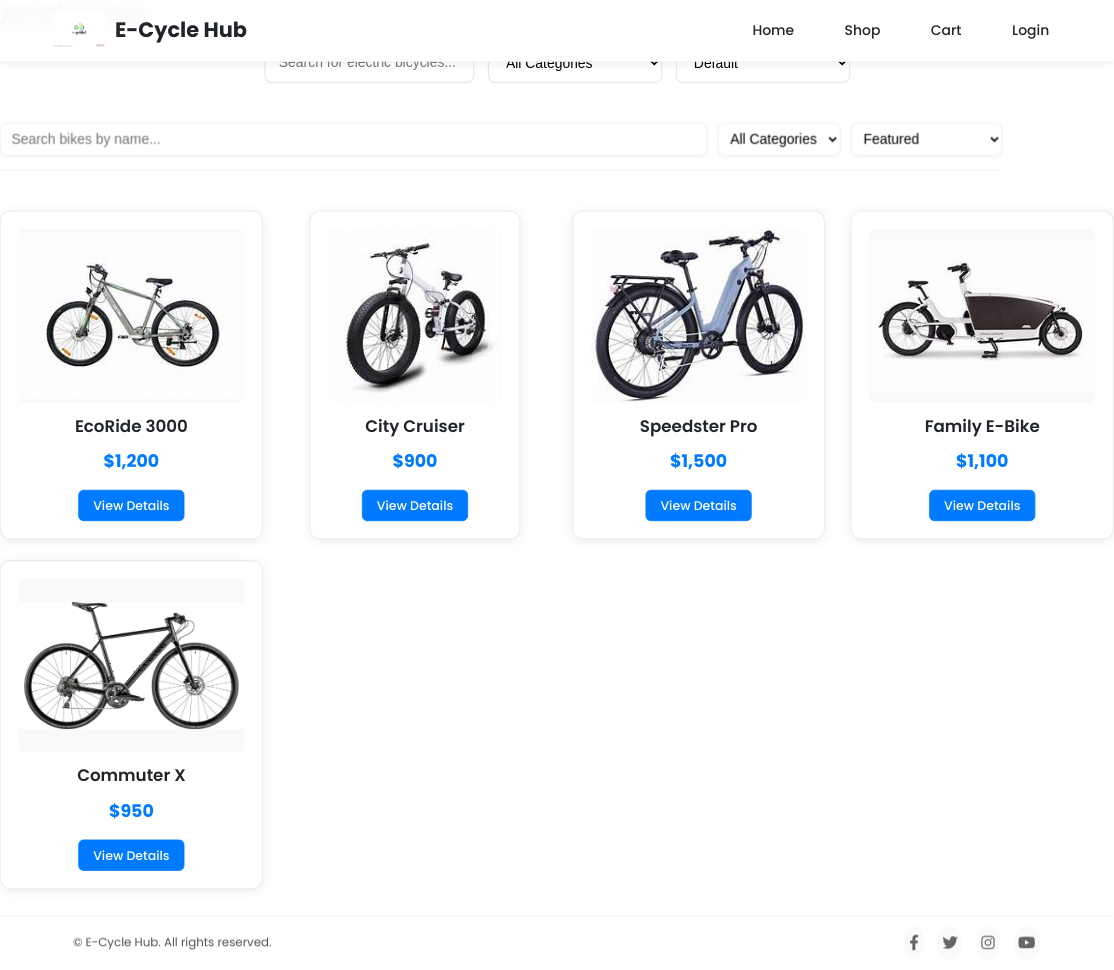
Repository: Rutuja-g/E-Cycle-Hub
Page: public/shop.html
The author's editor kept a copy of each file at every save. The page is drawn from the files as they stood at one save, then again after the next save.
The browser window is 1280 px wide. The pictures show the whole page, at 87% of full size.

Above is the page before, as saved 2025-10-24 18:16:46.

### public/shop.html
<!DOCTYPE html>
<html lang="en">
  <head>
    <meta charset="UTF-8" />
    <meta name="viewport" content="width=device-width, initial-scale=1.0" />
    <title>Shop - E-Cycle Hub</title>
    <link rel="icon" href="favicon.ico" type="image/x-icon" />
    <link rel="preconnect" href="https://fonts.googleapis.com" />
    <link rel="preconnect" href="https://fonts.gstatic.com" crossorigin />
    <link
      href="https://fonts.googleapis.com/css2?family=Poppins:wght@300;400;500;600;700&display=swap"
      rel="stylesheet"
    />
    <link rel="stylesheet" href="css/reset.css" />
    <link rel="stylesheet" href="css/variables.css" />
    <link rel="stylesheet" href="css/main.css" />
    <link
      rel="stylesheet"
      href="https://cdnjs.cloudflare.com/ajax/libs/font-awesome/6.0.0/css/all.min.css"
    />
  </head>
  <body>
    <header>
      <div id="header"></div>
    </header>

    <main>
      <section class="shop-products">
        <h2>All Bicycles</h2>
        <div class="product-search">
          <input
            type="text"
            id="searchInput"
            placeholder="Search for electric bicycles..."
          />
          <select id="categorySelect">
            <option value="all">All Categories</option>
          </select>
          <select id="sortSelect">
            <option value="">Default</option>
            <option value="price-asc">Price Low to High</option>
            <option value="price-desc">Price High to Low</option>
            <option value="popularity">Popularity</option>
          </select>
        </div>
        <div class="grid--shop"></div>
      </section>
    </main>

    <footer>
      <div id="footer"></div>
    </footer>

    <script src="js/components.js"></script>
    <script src="js/main.js"></script>
  </body>
</html>

### public/css/reset.css
html
/* CSS Reset */
* {
    margin: 0;
    padding: 0;
    box-sizing: border-box;
}

html, body {
    height: 100%;
    font-family: Arial, sans-serif;
}

img {
    max-width: 100%;
    height: auto;
}

a {
    text-decoration: none;
    color: inherit;
}

ul {
    list-style: none;
}

button {
    cursor: pointer;
}

### public/css/variables.css
:root {
  /* Color Palette */
  --primary-color: #007bff; /* Electric Blue */
  --primary-hover: #0056b3; /* Darker Blue for hover */
  --secondary-color: #28a745; /* Success Green */
  --secondary-hover: #218838; /* Darker Green */
  --accent-color: #ffc107; /* Warning Yellow */
  --accent-hover: #e0a800; /* Darker Yellow */
  --danger-color: #dc3545; /* Danger Red */
  --danger-hover: #c82333; /* Darker Red */

  /* Neutral Colors */
  --background-color: #ffffff; /* Pure White */
  --surface-color: #f8f9fa; /* Light Gray Surface */
  --card-color: #ffffff; /* Card Background */
  --text-color: #212529; /* Dark Gray Text */
  --text-muted: #6c757d; /* Muted Text */
  --border-color: #dee2e6; /* Light Border */
  --border-light: #f1f3f4; /* Very Light Border */

  /* Typography */
  --font-family: "Poppins", -apple-system, BlinkMacSystemFont, "Segoe UI",
    Roboto, sans-serif;
  --font-size-xs: 0.75rem; /* 12px */
  --font-size-sm: 0.875rem; /* 14px */
  --font-size-base: 1rem; /* 16px */
  --font-size-lg: 1.125rem; /* 18px */
  --font-size-xl: 1.25rem; /* 20px */
  --font-size-2xl: 1.5rem; /* 24px */
  --font-size-3xl: 1.875rem; /* 30px */
  --font-size-4xl: 2.25rem; /* 36px */
  --font-size-5xl: 3rem; /* 48px */

  --font-weight-light: 300;
  --font-weight-normal: 400;
  --font-weight-medium: 500;
  --font-weight-semibold: 600;
  --font-weight-bold: 700;

  --line-height-tight: 1.25;
  --line-height-normal: 1.5;
  --line-height-relaxed: 1.75;

  /* Spacing Scale */
  --spacing-xs: 0.25rem; /* 4px */
  --spacing-sm: 0.5rem; /* 8px */
  --spacing-md: 0.75rem; /* 12px */
  --spacing-lg: 1rem; /* 16px */
  --spacing-xl: 1.25rem; /* 20px */
  --spacing-2xl: 1.5rem; /* 24px */
  --spacing-3xl: 2rem; /* 32px */
  --spacing-4xl: 2.5rem; /* 40px */
  --spacing-5xl: 3rem; /* 48px */
  --spacing-6xl: 4rem; /* 64px */

  /* Layout */
  --max-width-xs: 20rem; /* 320px */
  --max-width-sm: 24rem; /* 384px */
  --max-width-md: 28rem; /* 448px */
  --max-width-lg: 32rem; /* 512px */
  --max-width-xl: 36rem; /* 576px */
  --max-width-2xl: 42rem; /* 672px */
  --max-width-3xl: 48rem; /* 768px */
  --max-width-4xl: 56rem; /* 896px */
  --max-width-5xl: 64rem; /* 1024px */
  --max-width-6xl: 72rem; /* 1152px */
  --max-width-7xl: 80rem; /* 1280px */
  --max-width-full: 100%;

  /* Border Radius */
  --border-radius-none: 0;
  --border-radius-sm: 0.125rem; /* 2px */
  --border-radius: 0.25rem; /* 4px */
  --border-radius-md: 0.375rem; /* 6px */
  --border-radius-lg: 0.5rem; /* 8px */
  --border-radius-xl: 0.75rem; /* 12px */
  --border-radius-2xl: 1rem; /* 16px */
  --border-radius-3xl: 1.5rem; /* 24px */
  --border-radius-full: 9999px;

  /* Shadows */
  --shadow-sm: 0 1px 2px 0 rgba(0, 0, 0, 0.05);
  --shadow: 0 1px 3px 0 rgba(0, 0, 0, 0.1), 0 1px 2px 0 rgba(0, 0, 0, 0.06);
  --shadow-md: 0 4px 6px -1px rgba(0, 0, 0, 0.1),
    0 2px 4px -1px rgba(0, 0, 0, 0.06);
  --shadow-lg: 0 10px 15px -3px rgba(0, 0, 0, 0.1),
    0 4px 6px -2px rgba(0, 0, 0, 0.05);
  --shadow-xl: 0 20px 25px -5px rgba(0, 0, 0, 0.1),
    0 10px 10px -5px rgba(0, 0, 0, 0.04);
  --shadow-2xl: 0 25px 50px -12px rgba(0, 0, 0, 0.25);

  /* Transitions */
  --transition-fast: 150ms ease-in-out;
  --transition-normal: 250ms ease-in-out;
  --transition-slow: 350ms ease-in-out;

  /* Z-Index Scale */
  --z-dropdown: 1000;
  --z-sticky: 1020;
  --z-fixed: 1030;
  --z-modal-backdrop: 1040;
  --z-modal: 1050;
  --z-popover: 1060;
  --z-tooltip: 1070;
}

### public/components/header.html
<nav class="navbar">
  <div class="nav-container">
    <div class="logo">
      <a href="index.html">
        <img src="assets/images/logo.jpg" alt="E-Cycle Hub Logo" />
        <span>E-Cycle Hub</span>
      </a>
    </div>
    <div class="nav-toggle" id="navToggle">
      <span></span>
      <span></span>
      <span></span>
    </div>
    <ul class="nav-links" id="navLinks">
      <li><a href="index.html" class="nav-link">Home</a></li>
      <li><a href="shop.html" class="nav-link">Shop</a></li>
      <li><a href="cart.html" class="nav-link">Cart</a></li>
      <li><a href="login.html" class="nav-link">Login</a></li>
    </ul>
  </div>
</nav>

### public/components/footer.html
<footer class="footer">
  <div class="container">
    <div class="footer-content">
      <p>&copy; <span id="year"></span> E-Cycle Hub. All rights reserved.</p>
      <div class="social-icons">
        <a href="#" aria-label="Facebook"><i class="fab fa-facebook-f"></i></a>
        <a href="#" aria-label="Twitter"><i class="fab fa-twitter"></i></a>
        <a href="#" aria-label="Instagram"><i class="fab fa-instagram"></i></a>
        <a href="#" aria-label="YouTube"><i class="fab fa-youtube"></i></a>
      </div>
    </div>
  </div>
</footer>

Loaded but not shown: public/assets/data/products.json (47 lines, source omitted); public/js/main.js (397 lines, source omitted); public/js/components.js (32 lines, source omitted); public/css/main.css (2044 lines, source omitted)

After the next save:
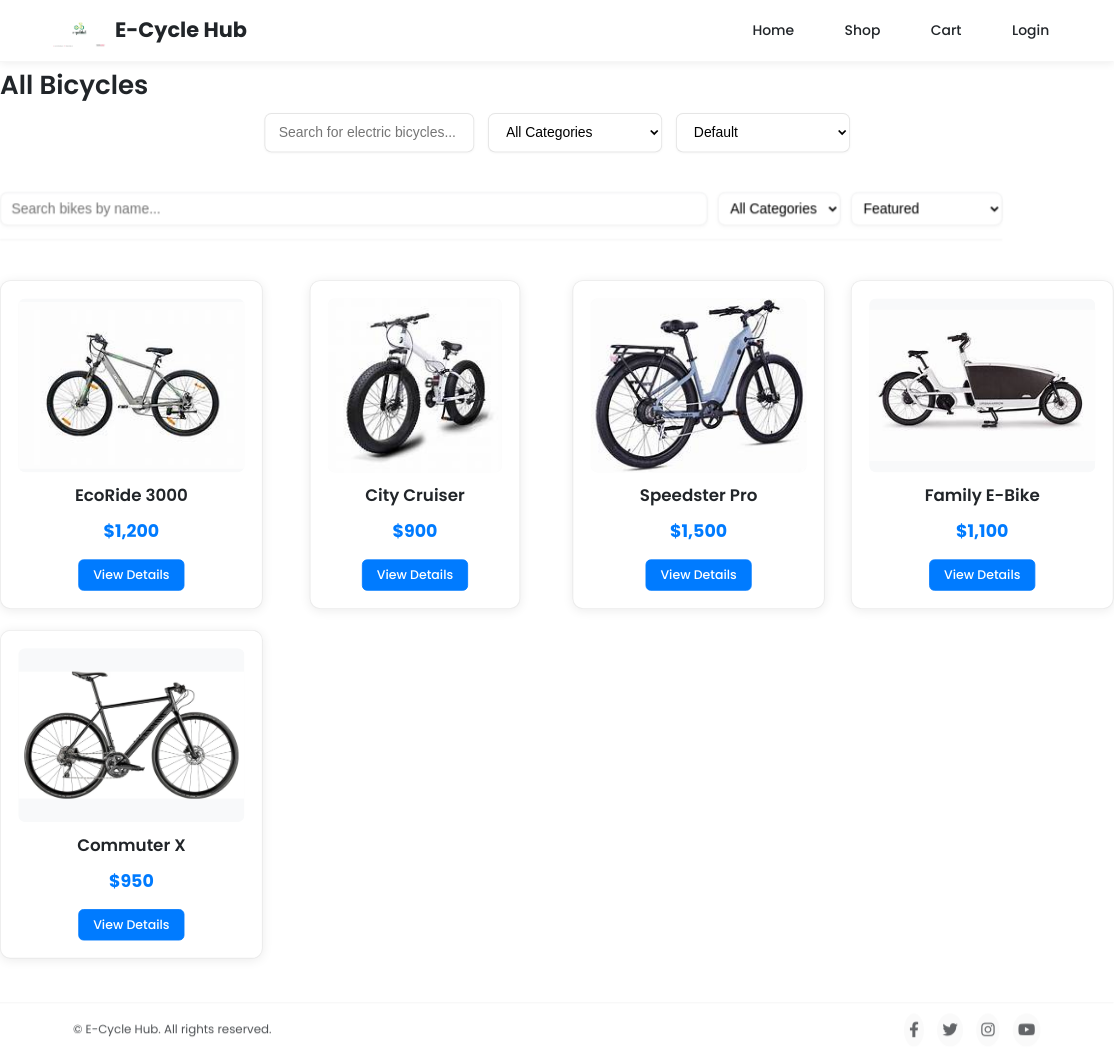
Saved 5 min 34 s later.
--- a/public/shop.html
+++ b/public/shop.html
@@ -24,7 +24,7 @@
       <div id="header"></div>
     </header>
 
-    <main>
+    <main class="main-content">
       <section class="shop-products">
         <h2>All Bicycles</h2>
         <div class="product-search">
